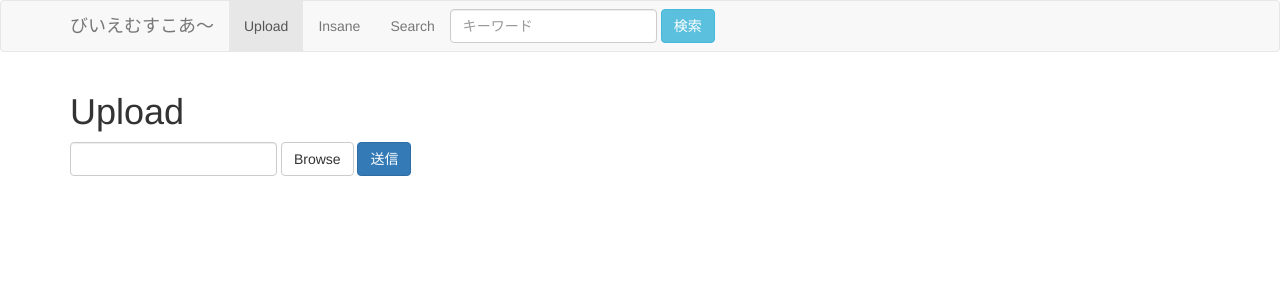
Repository: h1dia/bmscore
Page: upload.html
The author's editor kept a record of every edit. The page is drawn from the files as they stood at one moment, then again after the next edit.
The browser window is 1280 px wide. The pictures show the whole page.
Some web libraries are served in a nearby version.

Above is the page before.

### upload.html
<!DOCTYPE html>
<html lang="ja">
  <head>
    <meta charset="utf-8">
    <meta http-equiv="X-UA-Compatible" content="IE=edge">
    <meta name="viewport" content="width=device-width, initial-scale=1">
    <!-- The above 3 meta tags *must* come first in the head; any other head content must come *after* these tags -->
    <title>Index</title>

    <!-- Bootstrap -->
    <link href="css/bootstrap.min.css" rel="stylesheet">
    <link href="css/bootstrap.css" rel="stylesheet">

    <!-- HTML5 shim and Respond.js for IE8 support of HTML5 elements and media queries -->
    <!-- WARNING: Respond.js doesn't work if you view the page via file:// -->
    <!--[if lt IE 9]>
      <script src="https://oss.maxcdn.com/html5shiv/3.7.2/html5shiv.min.js"></script>
      <script src="https://oss.maxcdn.com/respond/1.4.2/respond.min.js"></script>
    <![endif]-->

  </head>

  <nav class="navbar navbar-default">
    <div class="container">
        <!-- モバイル表示 -->
        <div class="navbar-header">
            <button type="button" class="navbar-toggle"
            data-toggle="collapse" data-target="#navbar-menu">
                <span class="icon-bar"></span>
                <span class="icon-bar"></span>
                <span class="icon-bar"></span>
            </button>
            <a class="navbar-brand" href="#">びいえむすこあ～</a>
        </div>

        <!-- ヘッダ情報 -->
        <div class="collapse navbar-collapse" id="navbar-menu">

        <!-- リストの配置 -->
        <ul class="nav navbar-nav">
            <li class="active"><a href="upload.html">Upload</a></li>
            <li><a href="#">Insane</a></li>
        </ul>

        <p class="navbar-text">Search</p>
          <form class="navbar-form">
            <div class="form-group">
               <input type="text" class="form-control" placeholder="キーワード">
            </div>
            <button type="submit" class="btn btn-info">検索</button>
          </form>

        </div>

    </div>
  </nav>

    <!-- jQuery (necessary for Bootstrap's JavaScript plugins) -->
    <script src="//ajax.googleapis.com/ajax/libs/jquery/2.1.3/jquery.min.js"></script>
    <!-- Include all compiled plugins (below), or include individual files as needed -->
    <script src="js/bootstrap.min.js"></script>

    <body>
    <div class=container>

        <h1>Upload</h1>
        <p class="info"></p>


        <div class="row">
        <form action="javascript:;">
          <input id="lefile" type="file" style="display:none">
            <div class="col-xs-8 form-inline">
                <input id="filepath" class="form-control" type="text">
                <a class="btn btn-default" onclick="$('input[id=lefile]').click();">Browse</a>
                <input type="submit" class="btn btn-primary" id="update" value="送信" />
            </div>
        </form>
        </div>

      <script>
      $('input[id=lefile]').change(function() {
        $('#filepath').val($(this).val().replace(/(c:\\)*fakepath\\/i, ''));
      });

      $(function(){
          $("#update").bind("click", function(){
            $("p.alert").html("<img src='./pic/loader.gif'/>");

            var fd = new FormData();

            if ( $("#lefile").val() !== '' ) {
              fd.append( "file", $("#lefile").prop("files")[0] );
            }

            // dataにFormDataを指定する場合 processData,contentTypeをfalseにしてjQueryがdataを処理しないようにする
            var postData = {
              type : "POST",
              dataType : "text",
              data : fd,
              processData : false,
              contentType : false
            };

            $.ajax( "./upload.php", postData ).done(function( text ){
              $("p.alert").html(text);
            });

          });
        });
        </script>

        <p></p>

        <div class="row">
        <p class="alert"></p>
        </div>

        </div>
    </body>
</html>

Loaded but not shown: css/bootstrap.min.css (library); css/bootstrap.css (library); js/bootstrap.min.js (library)

After the next edit:
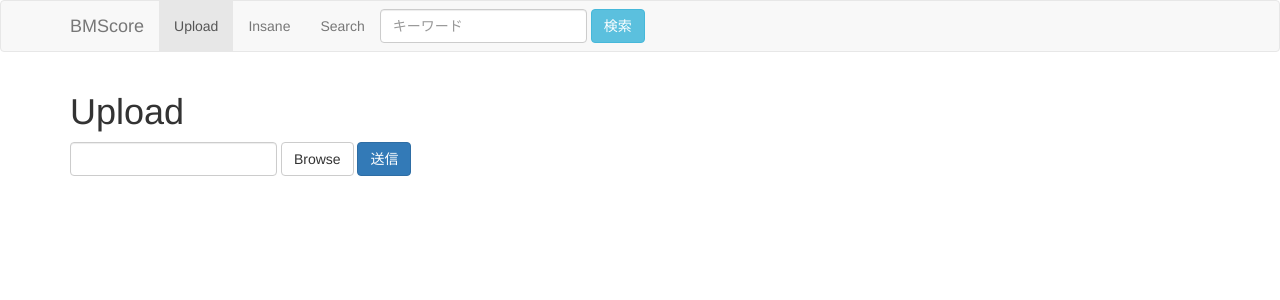
The edit:
--- a/upload.html
+++ b/upload.html
@@ -30,7 +30,7 @@
                 <span class="icon-bar"></span>
                 <span class="icon-bar"></span>
             </button>
-            <a class="navbar-brand" href="#">びいえむすこあ～</a>
+            <a class="navbar-brand" href="./index.html">BMScore</a>
         </div>
 
         <!-- ヘッダ情報 -->
